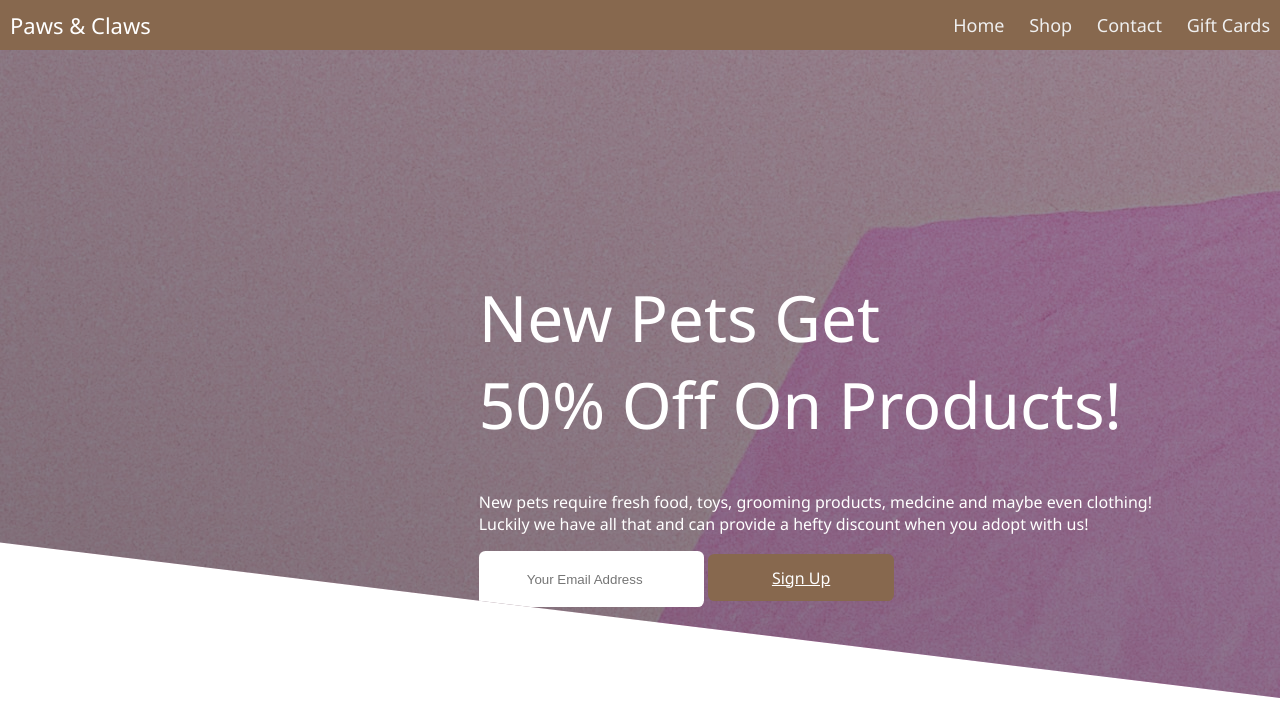
Repository: LtGriff/petProject
Page: dist/about.html
The author's editor kept a copy of each file at every save. The page is drawn from the files as they stood at one save, then again after the next save.
The browser window is 1280 px wide. The pictures show the whole page.

Above is the page before, as saved 2022-05-19 07:47:42.

### dist/about.html
<!DOCTYPE html>
<html lang="en">
<head>
    <meta charset="UTF-8">
    <meta http-equiv="X-UA-Compatible" content="IE=edge">
    <meta name="viewport" content="width=device-width, initial-scale=1.0">
    <link rel="stylesheet" type="text/css" href="../CSS/about.css">
    <title>About the Animal House</title>
</head>
<body>
<!-------------NAV***************BAR----------------------->

    <div class="nav">
        <input type="checkbox" id="nav-check">
        <div class="nav-header">
          <div class="nav-title">
            Paws & Claws
          </div>
        </div>
        <div class="nav-btn">
          <label for="nav-check">
            <span></span>
            <span></span>
            <span></span>
          </label>
        </div>

        <div class="nav-links">
          <a href="index.html" target="">Home</a>
          <a href="shop.html" target="_blank">Shop</a>
          <a href="contact.html" target="_blank">Contact</a>
          <a href="giftcard.html" target="_blank">Gift Cards</a>
        </div>
      </div>

    <!-------------NAV*******BAR********END----------------------->


 <!------------------HEADER*******SECTION---------------------->


 <div class="dogfield"></div>

 <header id="header-section">
  <div class="header-text container">
      <h1>New Pets Get <br> 50%  Off On Products!</h1>
      <p>
         New pets require fresh food, toys, grooming products, medcine and maybe even clothing!<br> Luckily we have all that and can provide a hefty discount when you adopt with us!
      </p>
      <input id="userInput" type="email" placeholder="Your Email Address" required>
      <a class="cta" href="#">Sign Up</a>
      <p id="error">Please provide a valid email address</p>
  </div>
</header>










</body>
</html>

### dist/CSS/about.css
/** NAV BAR **/

* {
    box-sizing: border-box;
  }

  body {
    margin: 0px;
    font-family: 'segoe ui';
  }

  .nav {
    height: 50px;
    width: 100%;
    background-color: #87684e;

  /**
    opacity: .5;
    filter: alpha(opacity=50);
    position: relative;**/
    /* z-index: ; */


    box-shadow:
    0 2.8px 2.2px rgba(0, 0, 0, 0.034),
    0 6.7px 5.3px rgba(0, 0, 0, 0.048),
    0 12.5px 10px rgba(0, 0, 0, 0.06),
    0 22.3px 17.9px rgba(11, 4, 4, 0.072),
    0 41.8px 33.4px rgba(0, 0, 0, 0.086),
    0 100px 80px rgba(0, 0, 0, 0.12);
  }

  .nav > .nav-header {
    display: inline;
  }

  .nav > .nav-header > .nav-title {
    display: inline-block;
    font-size: 22px;
    color: #fff;
    padding: 10px 10px 10px 10px;
  }

  .nav > .nav-btn {
    display: none;
  }

  .nav > .nav-links {
    display: inline;
    float: right;
    z-index: 9;
    font-size: 18px;
  }

  .nav > .nav-links > a {
    display: inline-block;
    padding: 13px 10px 13px 10px;
    text-decoration: none;
    color: #efefef;
  }

  .nav > .nav-links > a:hover {
    background-color: rgba(0, 0, 0, 0.3);
  }

  .nav > #nav-check {
    display: none;
  }


 /** HEADER SECTION **/

#header-section{
    height: 90vh;
    background-image: linear-gradient(
        to left bottom,
        rgba(0, 0, 0, 0.4),
        rgba(0, 0, 0, 0.5)),
    url("../img/catpink.jpg");
    background-attachment:fixed;
    background-repeat: no-repeat;
    position: relative;
    object-fit: fill;
    clip-path: polygon(0% 0%,100% 0%,100% 100%,0% 76%);

  }



  .header-text {
    position: absolute;
    top: 28%;
    right: 10%;
    color: #ffffff;
  }

  .header-text h1 {
    font-size: 4rem;
    font-weight: 500;
  }

  .header-text p {
    margin-bottom: 1rem;
  }

  #header-section input {
    width: 225px;
    height: 3.5rem;
    border-radius: 0.4rem;
    border: none;
    padding: 0.5rem 3rem;
  }

  .cta {
    background-color: #87684e;
    padding: 0.8rem 4rem;
    border-radius: 0.4rem;
    color: #fff;
    font-weight: 400;
  }

  .cta:hover {
    transform: translateY(-3px);
    box-shadow: 0 1rem 2rem rgba(0, 0, 0, .2);
  }

  .cta:active {
    transform: translateY(-1px);
    box-shadow: 0 .5rem 1rem rgba(0, 0, 0, .2);
  }

  .cta::after {
    content: "";
    display: inline-block;
    height: 100%;
    width: 100%;
    border-radius: 10rem;
    position: absolute;
    top: 0;
    left: 0;
    z-index: -1;
    transition: all .4s;
  }

  .cta:hover::after {
    transform: scaleX(1.4) scaleY(1.6);
    opacity: 0;
  }

  #error {
    color: red;
    font-weight: 600;
    display: none;
    margin-top: 1rem;
    transition: all 0.5s ease-in;
  }

@media (max-width:600px) {
    .nav > .nav-btn {
      display: inline-block;
      position: absolute;
      right: 0px;
      top: 0px;
    }
    .nav > .nav-btn > label {
      display: inline-block;
      width: 50px;
      height: 50px;
      padding: 13px;
    }
    .nav > .nav-btn > label:hover,.nav  #nav-check:checked ~ .nav-btn > label {
      background-color: rgba(0, 0, 0, 0.3);
    }
    .nav > .nav-btn > label > span {
      display: block;
      width: 25px;
      height: 10px;
      border-top: 2px solid #eee;
    }
    .nav > .nav-links {
      position: absolute;
      display: block;
      width: 100%;
      background: rgb(234,212,189);
      background: linear-gradient(7deg, rgba(234,212,189,1) 0%, rgba(204,175,140,1) 24%, rgba(191,161,124,1) 64%, rgba(135,104,78,1) 98%);
      height: 0px;
      transition: all 0.3s ease-in;
      overflow-y: hidden;
      top: 50px;
      left: 0px;
    }
    .nav > .nav-links > a {
      display: block;
      width: 100%;
    }
    .nav > #nav-check:not(:checked) ~ .nav-links {
      height: 0px;
    }
    .nav > #nav-check:checked ~ .nav-links {
      height: calc(28vh - 50px);
      overflow-y: auto;
    }

  }

After the next save:
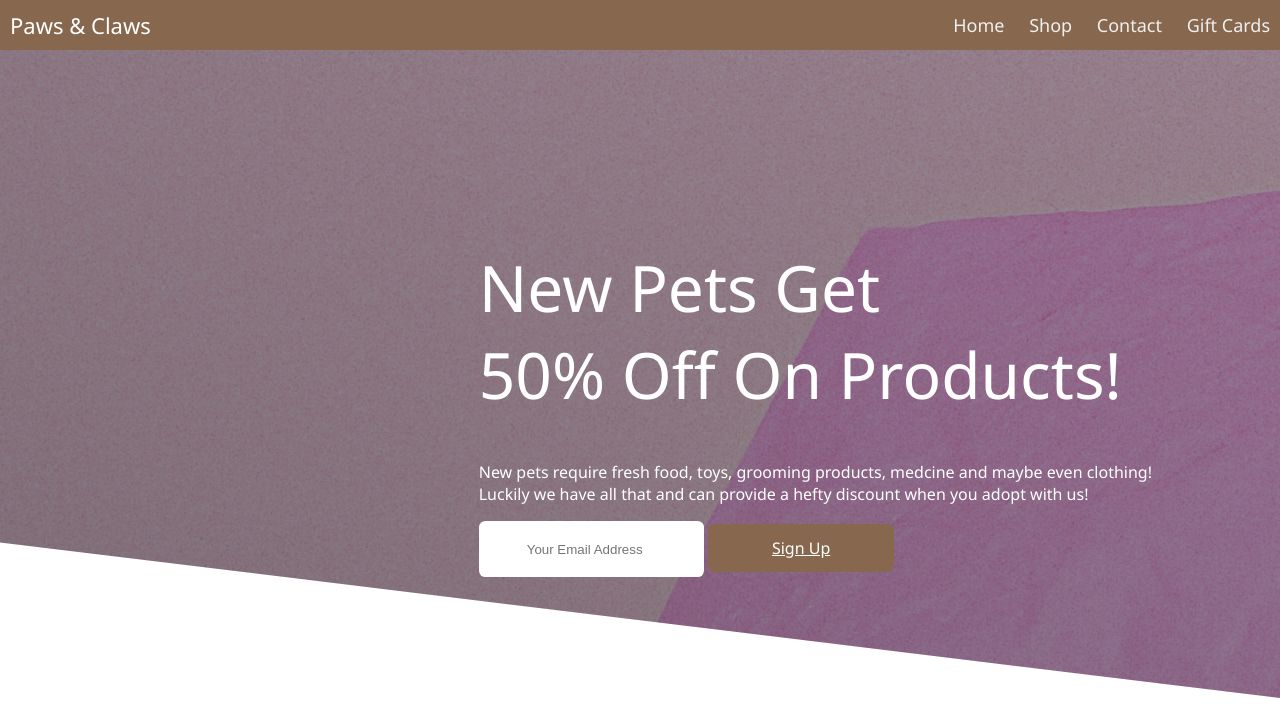
Saved 8 s later.
--- a/dist/CSS/about.css
+++ b/dist/CSS/about.css
@@ -79,7 +79,7 @@
     url("../img/catpink.jpg");
     background-attachment:fixed;
     background-repeat: no-repeat;
-    position: relative;
+    position:
     object-fit: fill;
     clip-path: polygon(0% 0%,100% 0%,100% 100%,0% 76%);
 

After the 2 saves that followed:
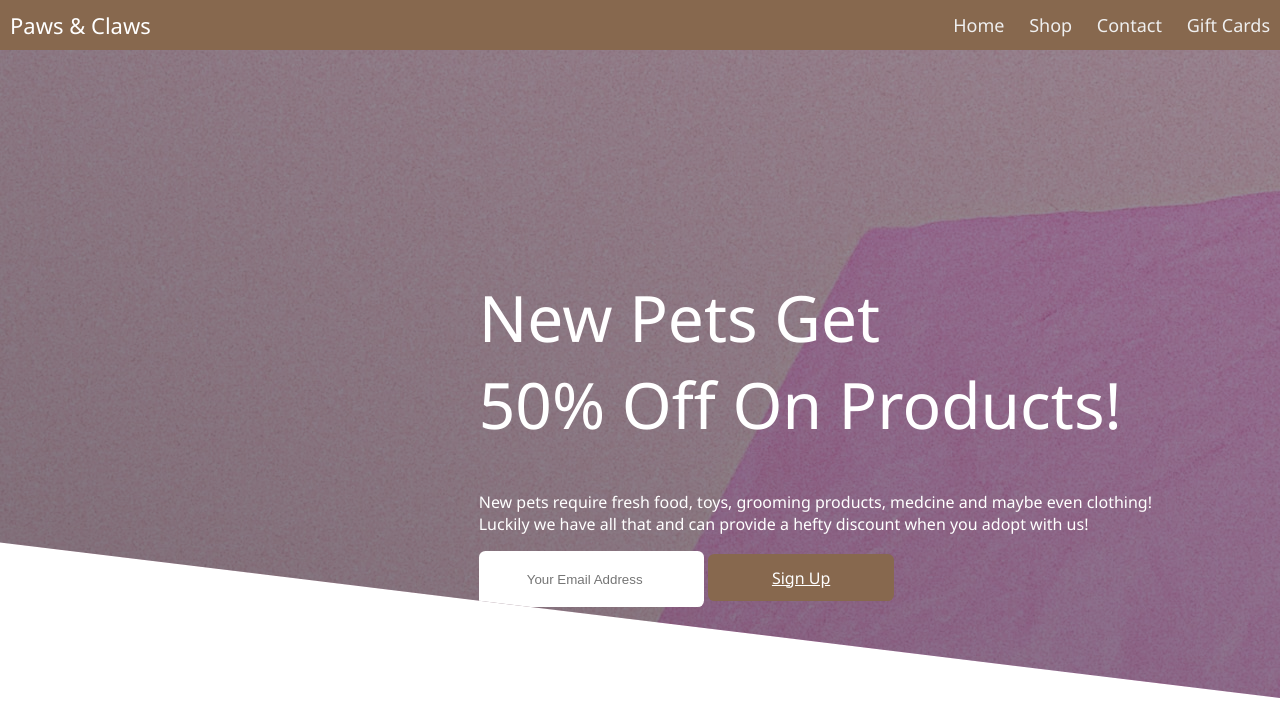
The 2 saves are shown as one change because they came seconds apart.
The last was saved 15 s later.
--- a/dist/CSS/about.css
+++ b/dist/CSS/about.css
@@ -79,7 +79,7 @@
     url("../img/catpink.jpg");
     background-attachment:fixed;
     background-repeat: no-repeat;
-    position:
+    position:relative;
     object-fit: fill;
     clip-path: polygon(0% 0%,100% 0%,100% 100%,0% 76%);
 
